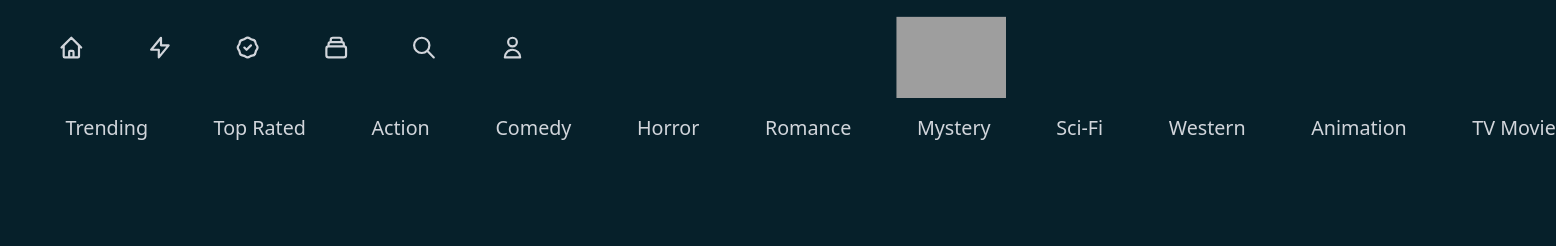
Repository: JuanOnly/hulu-clone
Page: /
An editor plug-in stored every save of this project. The page is shown before and after the next save, followed by the edit.
The browser window is 1280 px wide. The page is 1897 px wide, then 1280 px, so the pictures cover 1897 px, including what lies to the right of the window. The pictures show the whole page, at 82% of full size.
Pictures or frames that could not be fetched are drawn as grey boxes. The project was rebuilt for these pictures with package versions that can differ from the ones it lists, and the page was loaded fresh each time. The framework's server and built-in components were replaced by stand-ins that run in the browser. Also part of the build but not shown: next.config.js.

Above is the page before, as saved 2021-05-01 08:35:45.

After the next save:
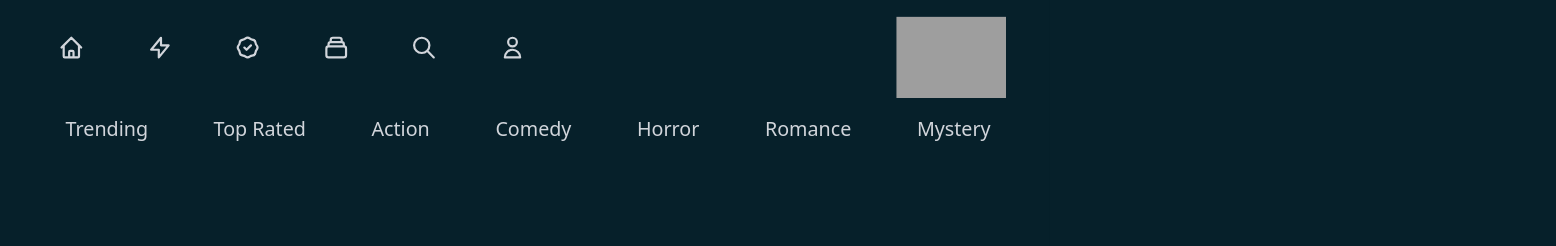
Saved 42 s later.
--- a/components/Nav.js
+++ b/components/Nav.js
@@ -3,7 +3,8 @@ import requests from "../utils/requests";
 function Nav() {
   return (
   <nav>
-      <div className="flex px-10 sm:px-20 text-2xl whitespace-nowrap sm:space-x-20">
+      <div className="flex px-10 sm:px-20 text-2xl whitespace-nowrap
+      sm:space-x-20 overflow-x-scroll">
         {Object.entries(requests).map(([key, { title, url }]) => (
           <h2
           key={key}
